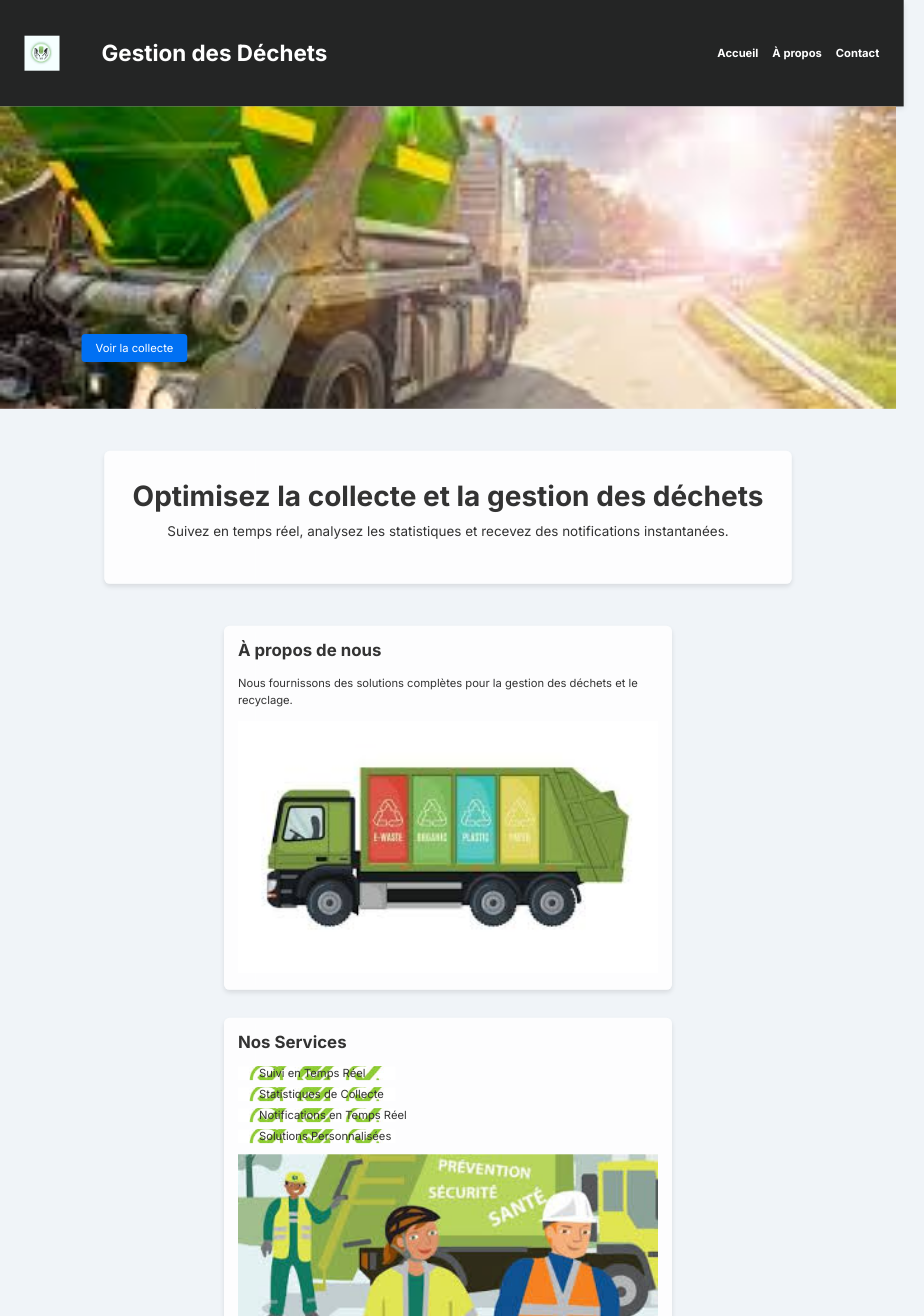
Repository: SystemInfoGeo/QGISproject
Page: / (app in NEXT/)
An editor plug-in stored every save of this project. The page is shown before and after the next save, followed by the edit.
The browser window is 1280 px wide. The page is 1320 px wide, so the pictures cover 1320 px, including what lies to the right of the window. The pictures show the part of the page from y = 0 to 1880 px (the page is 2753 px tall), at 70% of full size.
The project was rebuilt for these pictures with package versions that can differ from the ones it lists, and the page was loaded fresh each time. The framework's server and built-in components were replaced by stand-ins that run in the browser. Also part of the build but not shown: NEXT/next.config.mjs.

Above is the page before, as saved 2024-06-21 18:45:55.

### NEXT/app/layout.tsx
import type { Metadata } from 'next';
import { Inter } from 'next/font/google';
import './globals.css';

const inter = Inter({ subsets: ['latin'] });

export const metadata: Metadata = {
  title: 'Gestion de la Collecte des Déchets',
  description: 'Application de gestion de la collecte des déchets',
};

export default function RootLayout({
  children,
}: Readonly<{
  children: React.ReactNode;
}>) {
  return (
    <html lang="fr">
      <body className={inter.className}>{children}</body>
    </html>
  );
}

### NEXT/app/page.tsx
'use client';

import { useRouter } from 'next/navigation';
import Image from 'next/image';
import styles from './page.module.css';

export default function Home() {
  const router = useRouter();

  const navigateToCollect = () => {
    router.push('collect');
  };

  return (
    <div className={styles.container}>
      <header className={styles.header}>
        <div className={styles.logoContainer}>
          <Image src="/images/logo.jpg" alt="Logo" width={50} height={50} />
          <h1>Gestion des Déchets</h1>
        </div>
        <nav className={styles.nav}>
          <ul>
            <li><a href="#">Accueil</a></li>
            <li><a href="#about">À propos</a></li>
            <li><a href="#contact">Contact</a></li>
          </ul>
        </nav>
      </header>
      <section className={styles.backgroundSection}>
        <button className={styles.backgroundButton} onClick={navigateToCollect}>Voir la collecte</button>
      </section>
      <main className={styles.main}>
        <section className={styles.hero}>
          <h2>Optimisez la collecte et la gestion des déchets</h2>
          <p>Suivez en temps réel, analysez les statistiques et recevez des notifications instantanées.</p>
        </section>
        <section className={styles.section} id="about">
          <h2>À propos de nous</h2>
          <p>Nous fournissons des solutions complètes pour la gestion des déchets et le recyclage.</p>
          <Image src="/images/img2.jpg" alt="Camion de collecte" width={600} height={400} />
        </section>
        <section className={styles.section} id="services">
          <h2>Nos Services</h2>
          <ul>
            <li>Suivi en Temps Réel</li>
            <li>Statistiques de Collecte</li>
            <li>Notifications en Temps Réel</li>
            <li>Solutions Personnalisées</li>
          </ul>
          <Image src="/images/img1.jpg" alt="Services de gestion des déchets" width={600} height={400} />
        </section>
        <section className={styles.section} id="impact">
          <h2>Impact des Déchets</h2>
          <blockquote>
            "La gestion des déchets est cruciale pour protéger notre environnement et notre santé."
          </blockquote>
          <p>Les déchets non gérés correctement peuvent entraîner des conséquences graves pour l'environnement, notamment la pollution de l'air, de l'eau et des sols. La collecte et le recyclage efficaces des déchets réduisent l'empreinte carbone, préservent les ressources naturelles et protègent la biodiversité.</p>
          <Image src="/images/img3.jpg" alt="Impact des déchets" width={600} height={400} />
        </section>
      </main>
      <footer className={styles.footer} id="contact">
        <p>&copy; 2024 Gestion des Déchets. Tous droits réservés.</p>
        <p>Contact: <a href="mailto:contact@gestiondechets.com">contactez_nous@gestiondechets.com</a></p>
      </footer>
    </div>
  );
}

### NEXT/app/globals.css
/* app/globals.css */

body {
  font-family: Arial, sans-serif;
  margin: 0;
  padding: 0;
  box-sizing: border-box;
  background-color: #f0f4f8;
}

h1, h2, h3 {
  font-family: 'Inter', sans-serif;
}

p {
  line-height: 1.6;
  margin: 0 0 1em;
}

a {
  color: #0070f3;
  text-decoration: none;
}

a:hover {
  text-decoration: underline;
}

img {
  max-width: 100%;
  height: auto;
}

button {
  font-family: 'Inter', sans-serif;
  cursor: pointer;
}

blockquote {
  font-style: italic;
  color: #555;
  border-left: 4px solid #4caf50;
  padding-left: 20px;
  margin: 10px 0;
}

### NEXT/app/page.module.css
/* app/page.module.css */

.container {
  display: flex;
  flex-direction: column;
  min-height: 100vh;
  color: #333;
  position: relative;
  z-index: 1;
}

.header {
  display: flex;
  justify-content: space-between;
  align-items: center;
  padding: 35px;
  background-color: rgba(0, 0, 0, 0.85);
  color: white;
  width: 95.4%;
  box-shadow: 0 4px 8px rgba(0, 0, 0, 0.1);
  backdrop-filter: blur(5px);
}

.logoContainer {
  display: flex;
  align-items: center;
}

.logoContainer h1 {
  margin-left: 60px;
}

.nav ul {
  list-style: none;
  display: flex;
  gap: 20px;
}

.nav ul li {
  margin: 0;
}

.nav ul li a {
  color: white;
  text-decoration: none;
  font-weight: bold;
}

.nav ul li a:hover {
  text-decoration: underline;
}

.backgroundSection {
  background: url('/images/back.jpeg') no-repeat center center;
  background-size: cover;
  width: 100%;
  height: 60vh;
  display: flex;
  justify-content: center;
  align-items: center;
  position: relative;
}

.backgroundButton {
  position: absolute;
  left: 15%;
  top: 80%;
  transform: translate(-50%, -50%);
  padding: 10px 20px;
  background-color: #0070f3;
  color: #fff;
  border: none;
  cursor: pointer;
  border-radius: 5px;
  font-size: 1em;
}

.backgroundButton:hover {
  background-color: #005bb5;
}

.main {
  padding: 20px;
  flex: 1;
  display: flex;
  flex-direction: column;
  align-items: center;
}

.hero {
  text-align: center;
  margin: 40px 0;
  background: rgba(255, 255, 255, 0.85);
  padding: 40px;
  border-radius: 8px;
  box-shadow: 0 4px 8px rgba(0, 0, 0, 0.1);
}

.hero h2 {
  font-size: 2.5em;
  margin: 0;
}

.hero p {
  font-size: 1.2em;
  margin: 10px 0 20px;
}

.section {
  background: rgba(255, 255, 255, 0.85);
  padding: 20px;
  margin: 20px;
  border-radius: 8px;
  width: 100%;
  max-width: 600px;
  box-shadow: 0 4px 8px rgba(0, 0, 0, 0.1);
}

.section h2 {
  margin-top: 0;
}

.section ul {
  list-style: none;
  padding: 0;
}

.section ul li {
  background: url('/images/check.jpg') no-repeat left center;
  padding-left: 30px;
  margin: 10px 0;
}

.section blockquote {
  font-style: italic;
  color: #555;
  border-left: 4px solid #4caf50;
  padding-left: 20px;
  margin: 10px 0;
}

.button {
  padding: 10px 20px;
  background-color: #0070f3;
  color: #fff;
  border: none;
  cursor: pointer;
  border-radius: 5px;
  font-size: 1em;
}

.button:hover {
  background-color: #005bb5;
}

.footer {
  text-align: center;
  padding: 20px;
  background-color: rgba(51, 51, 51, 0.85);
  color: white;
  width: 100%;
  position: relative;
  z-index: 1;
}

.footer a {
  color: #4caf50;
  text-decoration: none;
}

.footer a:hover {
  text-decoration: underline;
}

After the next save:
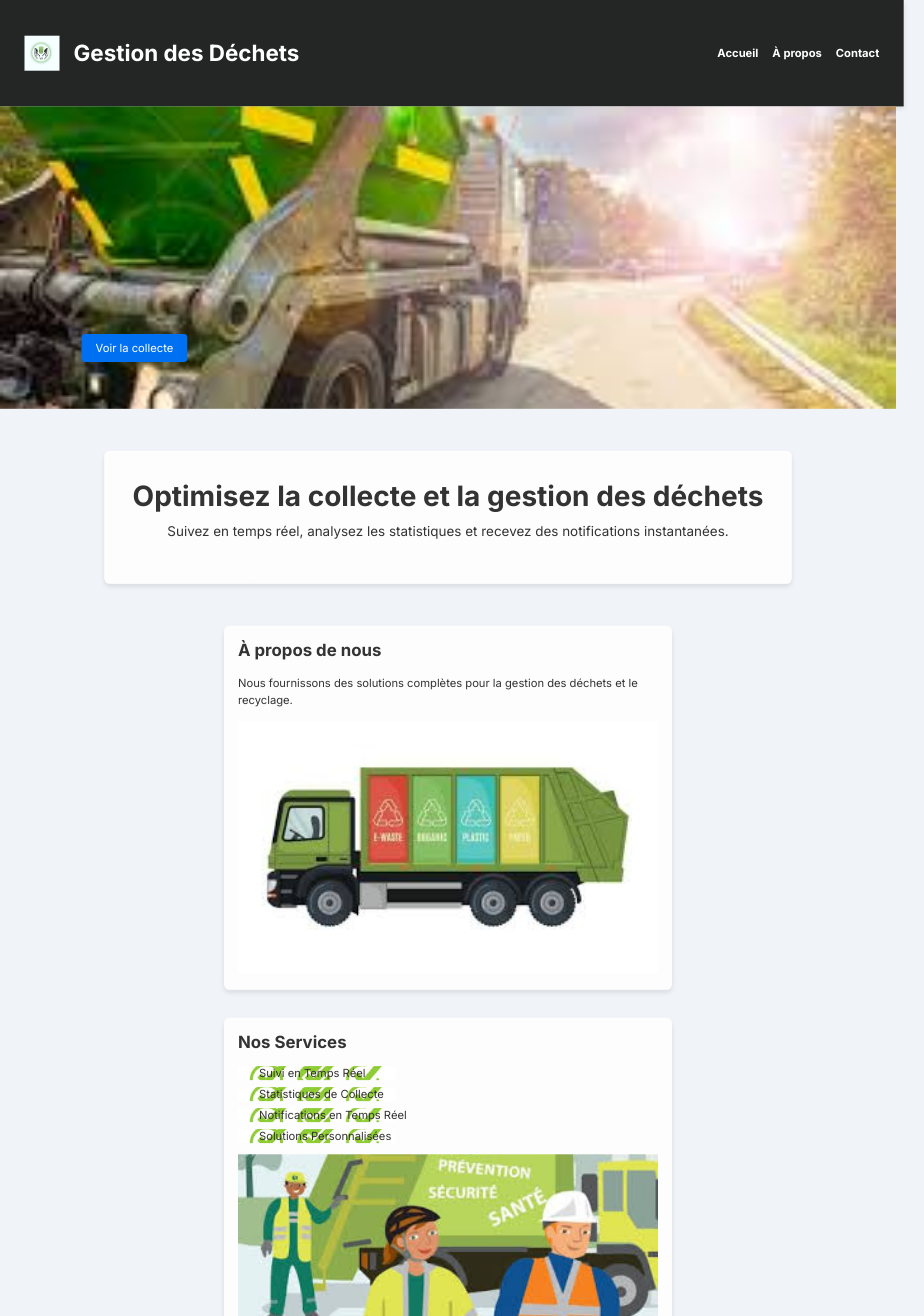
Saved 5 s later.
--- a/NEXT/app/page.module.css
+++ b/NEXT/app/page.module.css
@@ -27,7 +27,7 @@
 }
 
 .logoContainer h1 {
-  margin-left: 60px;
+  margin-left: 20px;
 }
 
 .nav ul {
